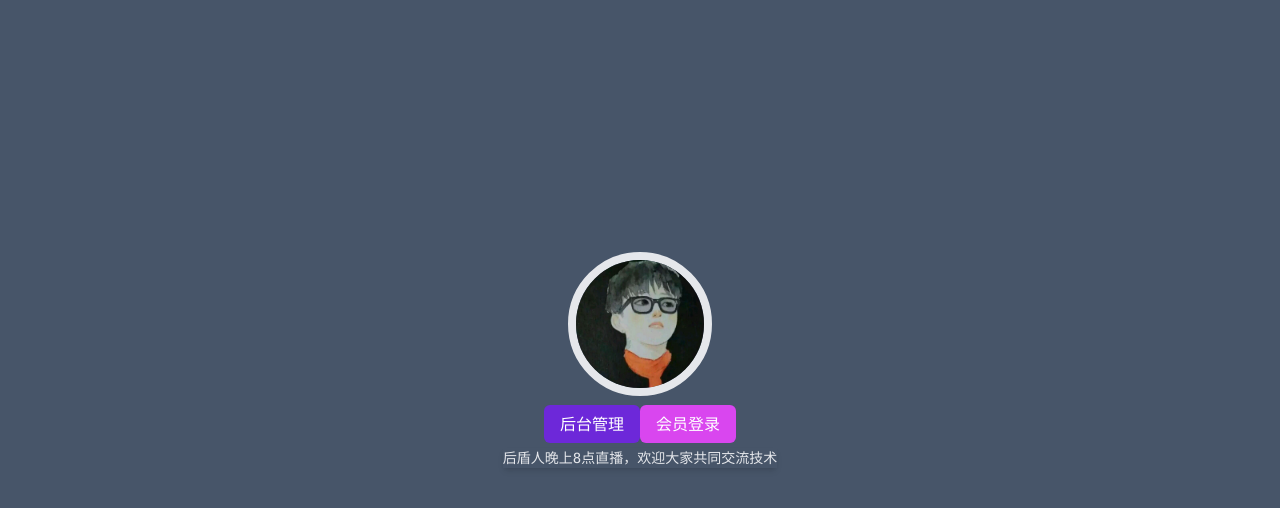
Repository: liangyingbo/vite-vue-TS
Page: /#/home
The author's editor kept a copy of each file at every save. The page is drawn from the files as they stood at one save, then again after the next save.
The browser window is 1280 px wide. The pictures show the whole page.
The project was rebuilt for these pictures with package versions that can differ from the ones it lists, and the page was loaded fresh each time. Also part of the build but not shown: vite.config.ts, src/components/form/HdButton.vue, src/components/form/HdInput.vue, src/components/form/hdLink.vue.

Above is the page before, as saved 2022-11-16 22:25:54.

### index.html
<!DOCTYPE html>
<html lang="en">
  <head>
    <meta charset="UTF-8" />
    <link rel="icon" type="image/svg+xml" href="/vite.svg" />
    <meta name="viewport" content="width=device-width, initial-scale=1.0" />
    <link href="https://cdn.bootcdn.net/ajax/libs/font-awesome/6.2.0/css/all.css" rel="stylesheet">
    <title>Vite + Vue + TS</title>
  </head>
  <body>
    <div id="app"></div>
    <script type="module" src="/src/main.ts"></script>
  </body>
</html>

### src/main.ts
import { createApp } from 'vue'
import router, { setupRouter } from '@/router'
import { setupPlugins } from '@/plugins'
import '@/styles/global.scss'
import App from './App.vue'

async function bootstrap() {
    const app = createApp(App)
    setupRouter(app)
    setupPlugins(app)
    await router.isReady()
    app.mount('#app')
}
bootstrap()

### src/router/index.ts
import { App } from 'vue';
import { createRouter, createWebHashHistory } from 'vue-router'
import routes from './routes';
import layoutRoutes from './autoLoad';
import guard from './guard';
const router = createRouter({
    history: createWebHashHistory(),
    routes : [...routes,...layoutRoutes]
})
export function setupRouter(app:App){

    guard(router)
    app.use(router)
}

export default router;

### src/plugins/index.ts
import { App } from "vue";
import { setupTailWindCssPlugin } from "./tailwindcss";

export function setupPlugins(app: App) {
    autoRegisterComponent(app)

    setupTailWindCssPlugin()
}



function autoRegisterComponent(app: App) {
    const components = import.meta.glob('../components/form/*.vue', { eager: true })
    Object.keys(components).forEach(key => {
        const name = key.split('/').pop()?.split('.')[0] as string

        app.component(name, components[key].default)
    })
}

### src/styles/global.scss
.hd-input{
    @apply w-full border py-1 border-gray-500 px-2 outline-none placeholder:text-sm  rounded-sm  focus:ring-2 ring-offset-2 duration-300 ring-offset-violet-600 focus:border-white;

  }
  .hd-error{
    @apply  text-red-500 mt-1
  }

  .hd-button {
    @apply bg-violet-700 text-white px-4 py-2 rounded-md hover:bg-violet-500 duration-300;
    &.hd-danger{
      @apply bg-fuchsia-500
    }
  }

### src/App.vue
<script setup lang="ts">

// import {info} from '@/apis/userApi'

//const response =  info()
// console.log(response.then(res=>res.data.age))
// console.log()

 </script>

 <template>

    <router-view ></router-view>
 </template>

<style scoped>
</style>

### src/router/routes.ts
import { RouteRecordRaw } from "vue-router"
 const routes = [
    {
        path:'/home',
        component:() => import("@/views/home.vue"),
    }
]  as  RouteRecordRaw[]

export default routes

### src/router/autoLoad.ts
import { RouteRecordRaw } from "vue-router";


const layout = import.meta.glob('../layouts/*.vue')
const children = import.meta.glob('../views/**/*.vue')
function getRoutes() {
    const layoutRoutes = [] as RouteRecordRaw[]
    Object.entries(layout).forEach(([file, module]) => {
        const route = getRouteByModule(file, module)
        route.children = getChildrenRoutes(route)
        layoutRoutes.push(route)
    })
    return layoutRoutes
}


// 根据布局路由匹配子路由
function getChildrenRoutes(layoutRoute: RouteRecordRaw) {
    const routes = [] as RouteRecordRaw[]
    Object.entries(children).forEach(([file, module]) => {
        if (file.includes(`../views/${layoutRoute.name as string}`)) {
            const route = getRouteByModule(file, module)
            routes.push(route)
        }
    })
    return routes
}

function getRouteByModule(file: string, module: () => Promise<unknown>) {
    const name = file.replace(/.+layouts\/|.+views\/|\.vue/gi, '')
    const route = {
        name: name.replace('/', '.'),
        path: `/${name}`,
        component: module
    } as RouteRecordRaw

    return route
}
export default getRoutes()

### src/router/guard.ts
 import { RouteLocationNormalized, Router } from "vue-router"


class Guard {
    constructor(private router: Router) { }

    public run() {
          this.router.beforeEach((to,from) =>{
            console.log(to)
             if(!this.isLogin(to)) return {name:'auth.login'}


          })
    }

    private isLogin(route:RouteLocationNormalized){
        // console.log(route.meta)
        console.log(route.meta)
        return true
    }
}

export default (router: Router) => {
    new Guard(router).run()
}

### src/plugins/tailwindcss/index.ts
import './tailwindcss.css'

export function setupTailWindCssPlugin(){

}

### src/views/home.vue
<template>
  <div
    class="w-screen h-screen bg-slate-600 flex flex-col justify-center items-center"
  >
    <img
      src="images/avatar.jpg"
      class="w-36 h-36 rounded-full border-8 bg-white"
    />
    <div class="mt-4">
      <router-link :to="{ name: 'admin.hd' }" class="hd-button mt-4"
        >后台管理</router-link
      >
      <router-link to="" class="hd-button hd-danger">会员登录</router-link>
    </div>

    <span class="text-gray-200 text-sm mt-3 font-mono shadow-md"
      >后盾人晚上8点直播，欢迎大家共同交流技术</span
    >
  </div>
</template>
<script setup lang="ts"></script>

Loaded but not shown: src/plugins/tailwindcss/tailwindcss.css (common file); tailwind.config.cjs (common file)

After the next save:
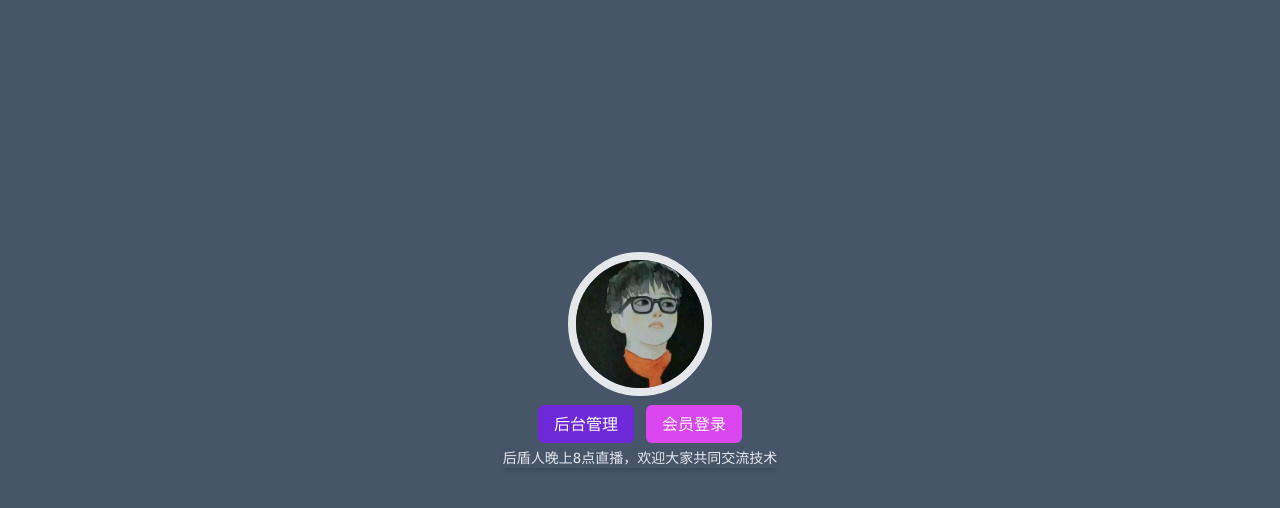
Saved 12 s later.
--- a/src/views/home.vue
+++ b/src/views/home.vue
@@ -10,7 +10,7 @@
       <router-link :to="{ name: 'admin.hd' }" class="hd-button mt-4"
         >后台管理</router-link
       >
-      <router-link to="" class="hd-button hd-danger">会员登录</router-link>
+      <router-link to="" class="hd-button hd-danger ml-3">会员登录</router-link>
     </div>
 
     <span class="text-gray-200 text-sm mt-3 font-mono shadow-md"
